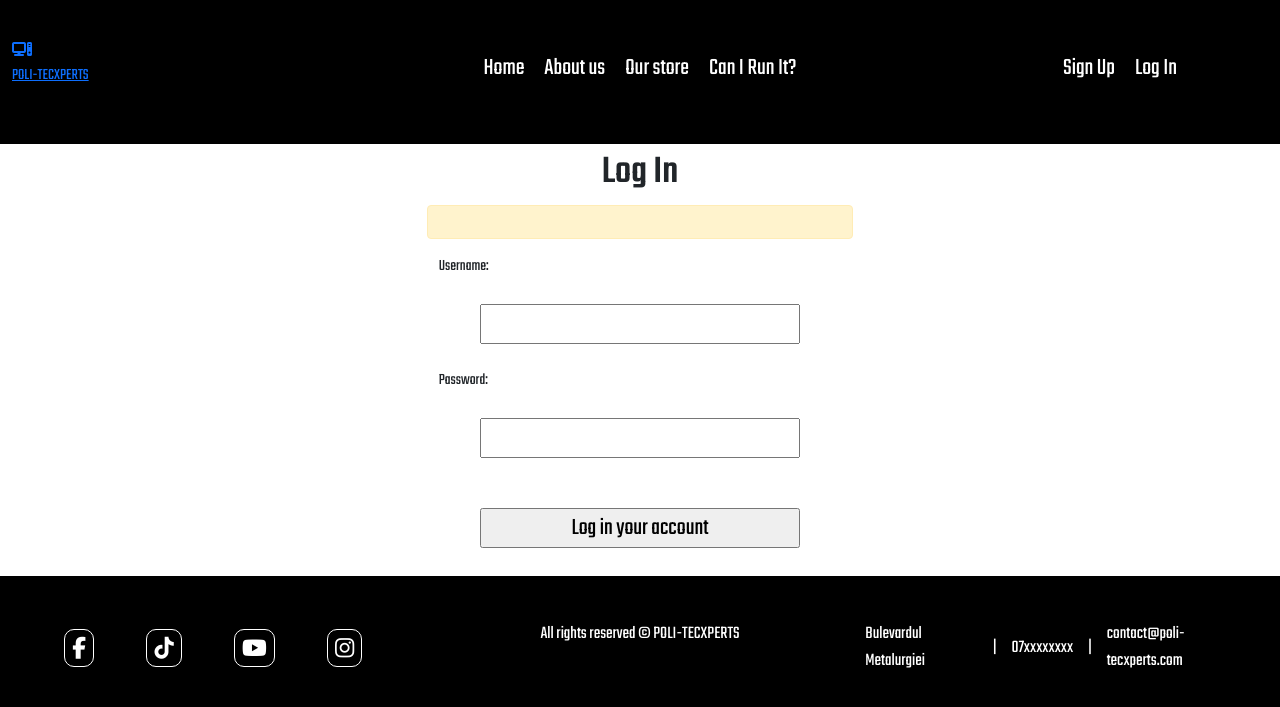
Repository: cristibtz/POLI_TECXPERTS
Page: login/login.html
An editor plug-in stored every save of this project. The page is shown before and after the next save, followed by the edit.
The browser window is 1280 px wide. The pictures show the whole page.

Above is the page before, as saved 2024-04-27 17:27:23.

After the next save:
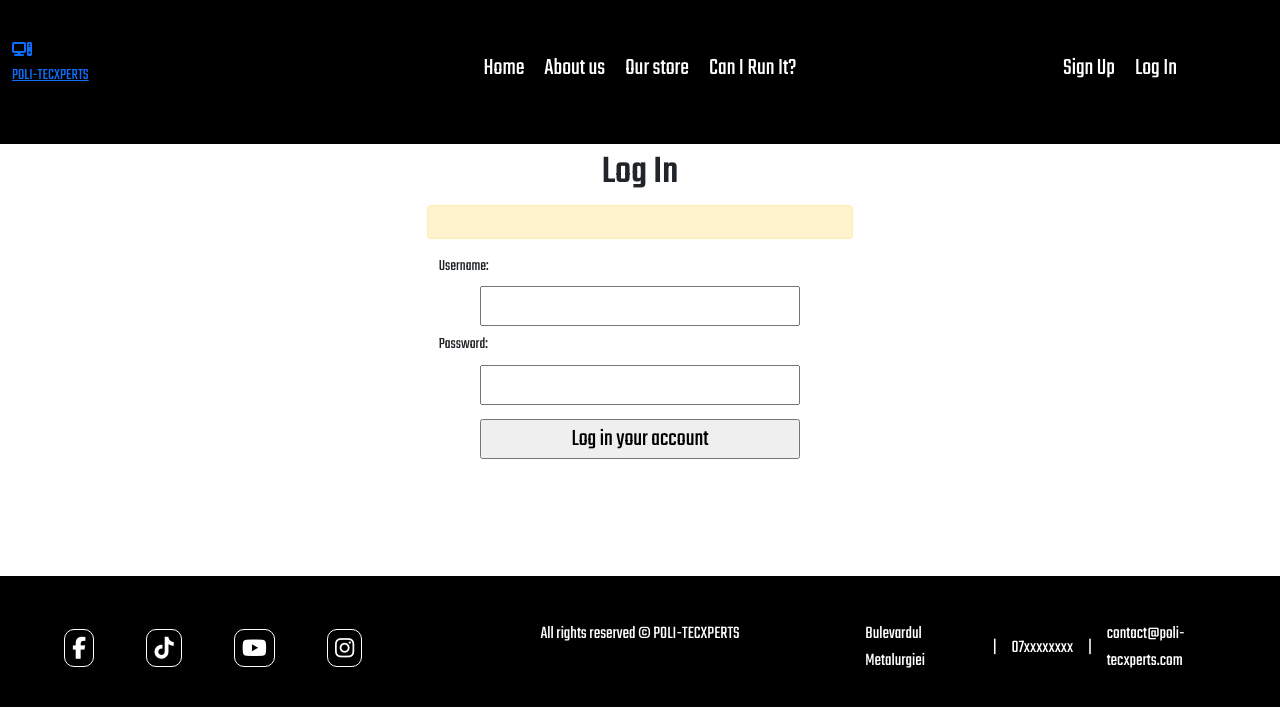
Saved 23 s later.
--- a/css/forms.css
+++ b/css/forms.css
@@ -1,5 +1,5 @@
 form .row input {
-    margin: 25px auto;
+    margin: 1vh auto;
     width: 25vw;
     text-align: center;
     font-size: 24px;
